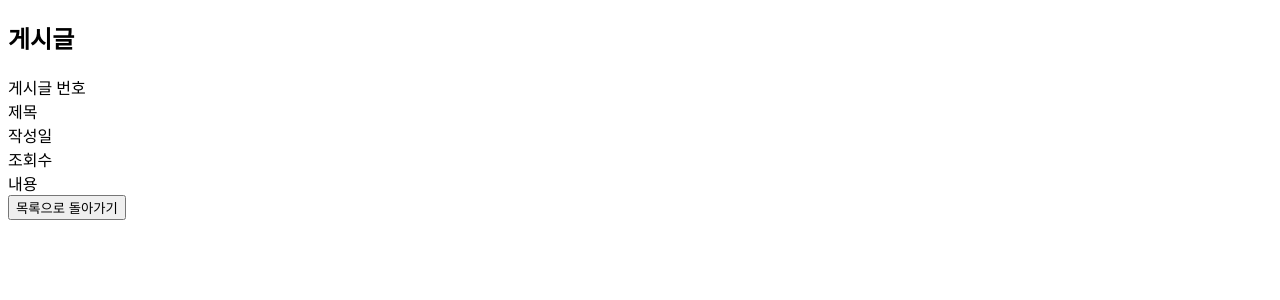
Repository: thdtjdgml415/exVoc
Page: /
These files come from the project's save history. The page is drawn as it stood at one moment and after the next save; the edit follows.
The browser window is 1280 px wide. The pictures show the whole page.
The project was rebuilt for these pictures with package versions that can differ from the ones it lists, and the page was loaded fresh each time.

Above is the page before, as saved 2023-01-12 10:49:30.

### src/App.js
import React from 'react'

function App() {
  return (
    <>
      <h2 align="left">게시글</h2>

      <div className="post-view-wrapper">


            <>
              <div className="post-view-row">
                <label>게시글 번호</label>

              </div>
              <div className="post-view-row">
                <label>제목</label>

              </div>
              <div className="post-view-row">
                <label>작성일</label>

              </div>
              <div className="post-view-row">
                <label>조회수</label>

              </div>
              <div className="post-view-row">
                <label>내용</label>
                <div>

                </div>
              </div>
            </>


        <button className="post-view-go-list-btn">목록으로 돌아가기</button>
      </div>
    </>
  )
}

export default App

Loaded but not shown: public/index.html (common file); src/index.js (common file)

After the next save:
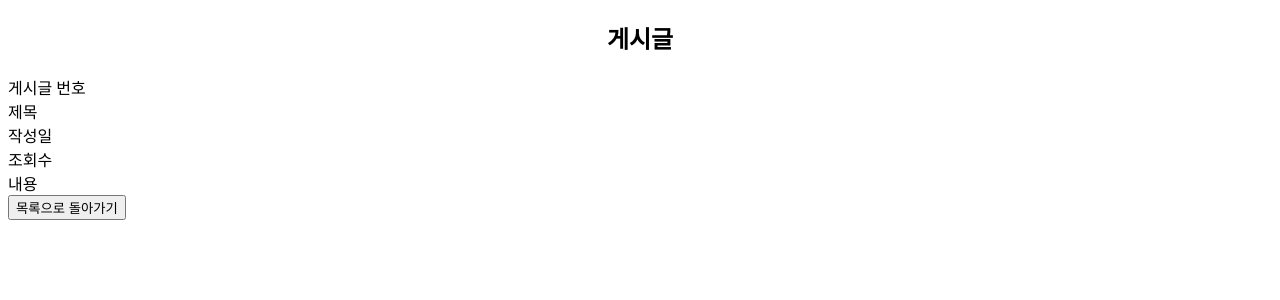
Saved 10 s later.
--- a/src/App.js
+++ b/src/App.js
@@ -3,7 +3,7 @@ import React from 'react'
 function App() {
   return (
     <>
-      <h2 align="left">게시글</h2>
+      <h2 align="center">게시글</h2>
 
       <div className="post-view-wrapper">
 
